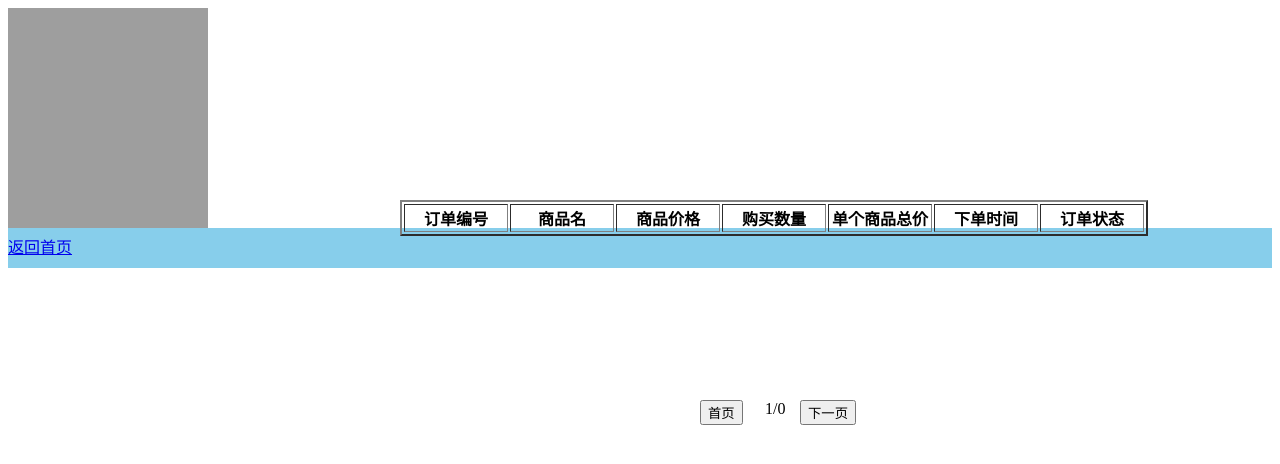
Repository: Gale-student/Gale-student.github.io
Page: http://localhost/weshop/OrdersDetailQueryAllServlet
These files come from the project's save history. The page is drawn as it stood at one moment and after the next save; the edit follows.
The browser window is 1280 px wide. The pictures show the whole page.
The page is served by Tomcat 9. Queries for data that is not in the repository find no rows.

Above is the page before, as saved 2022-10-06 16:20:42.

After the next save:
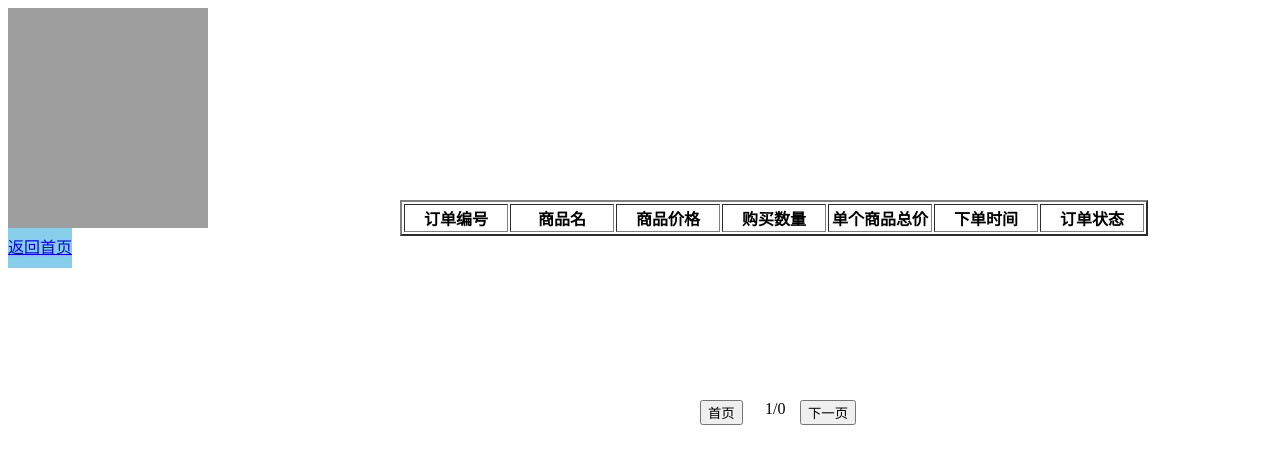
Saved 24 s later.
--- a/WeShop/weshop/WebRoot/WEB-INF/jsp/OrdersQueryOfUser.jsp
+++ b/WeShop/weshop/WebRoot/WEB-INF/jsp/OrdersQueryOfUser.jsp
@@ -46,7 +46,7 @@ String basePath = request.getScheme()+"://"+request.getServerName()+":"+request.
     <div>
         <img style="width: 200px; height: 220px;" src="/bimage/gx.jpg">
     </div>
-    <div style="background: skyblue; height: 40px;line-height: 40px;">
+    <div style="position: absolute; background: skyblue; height: 40px;line-height: 40px;">
         <a href="AaShoppingHomePageServlet">返回首页</a>
     </div>
     <table style="position: absolute; left: 400px; top: 200px; text-align: center;" border="2" cellspacing="2">
